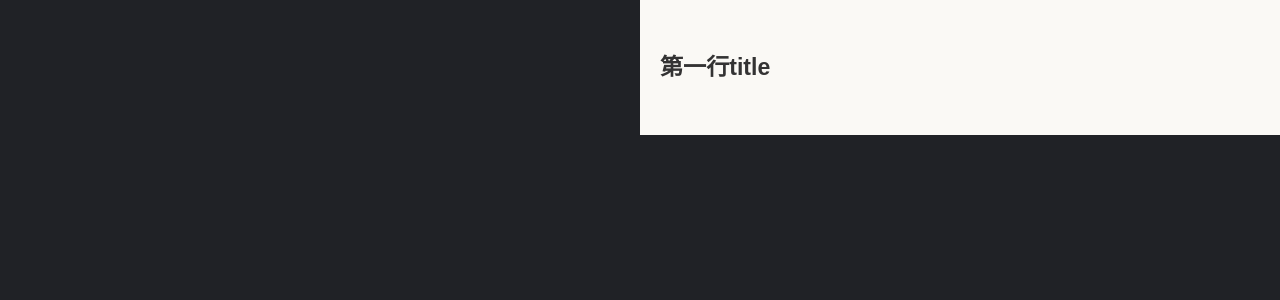
Repository: GuinsooRocky/-Technology-sharing-rocky
Page: /catalog
The author's editor kept a copy of each file at every save. The page is drawn from the files as they stood at one save, then again after the next save.
The browser window is 1280 px wide. The pictures show the whole page.
The project was rebuilt for these pictures with package versions that can differ from the ones it lists, and the page was loaded fresh each time. Also part of the build but not shown: src/pages/Home/home.less, src/component/Fault/fault.less, src/component/Fault/faultMad.tsx, src/pages/Home/home.tsx.

Above is the page before, as saved 2020-09-20 11:04:38.

### src/App.js
import React from 'react';
import './App.less';
import { BrowserRouter, Route } from 'react-router-dom';

import Home from './pages/Home/home.tsx';
import Catalog from './pages/Catalog/catalog';

function App() {
  return (
    <div className="App">
      <BrowserRouter>
        <header className="App-header">
          <Route path='/' exact component={Home} />
          <Route path='/home' exact component={Home} />
          <Route path='/catalog' exact component={Catalog} />
        </header>
      </BrowserRouter>
    </div>
  );
}

export default App;

### src/App.less
.App {
  min-height: 100vh;
}


.App-header {
  background-color: #202226;
  // background-color: #fff;
  min-height: 100vh;
}

.App-link {
  color: #61dafb;
}

### src/pages/Catalog/catalog.tsx
import React from 'react';
import "../Catalog/catalog.less";
import { useHistory } from 'react-router-dom';

interface Props {}
const Catalog: React.FC<Props> = (props) => {

  // const history = useHistory();
  // const goNext = (e: React.MouseEvent) => {
  //   history.push('/home');
  // }

  return (
    <div className='catalog'>
      <aside className='left'>
      </aside>
      <div className='right'>
        <div className='right-title1 css-header'>
          <div className='css-context' >
            <h4>
              第一行title
            </h4>
          </div>
        </div>
      </div>
    </div>
  )

}

export default Catalog;

### src/pages/Catalog/catalog.less

.Vertical_Center {
  display: inline-block;
  width: 50%;
  height: 100%;
  // display: flex;
  // flex-direction: column;
  // justify-content: center;
  // font-size: calc(10px + 2vmin);
  // align-items: flex-start;
}

.catalog {
  width: 100%;
  height: auto;
  .left {
    float: left;
    background-color: #202226;
    color: #DFDDD9;
    .Vertical_Center;
  }

  .right {
    float: right;
    background-color: #FAF9F5;
    color: rgb(51,51,51);
    .Vertical_Center;
  }
}

.css-header {
  padding-top: 24px;
  padding-bottom: 24px;
  padding-left: 20px;
  max-width: none;
  margin-left: 0;
  margin-right: 0;
  .css-context {
    h4 {
      font-size: 23.08319849451542px;
      font-family: Montserrat,sans-serif;
      line-height: 1.1;
      font-weight: 900;
    }
  }
}

Loaded but not shown: public/index.html (common file); src/index.js (common file); src/index.css (common file); src/serviceWorker.js (common file)

After the next save:
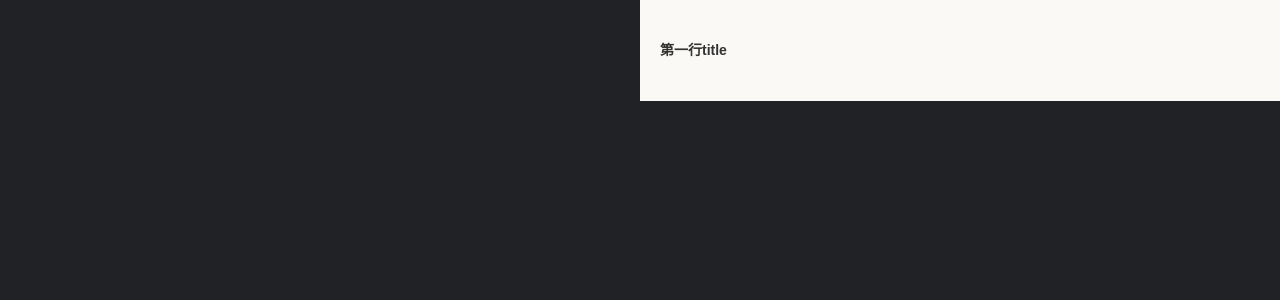
Saved 14 s later.
--- a/src/pages/Catalog/catalog.less
+++ b/src/pages/Catalog/catalog.less
@@ -37,7 +37,7 @@
   margin-right: 0;
   .css-context {
     h4 {
-      font-size: 23.08319849451542px;
+      font-size: 14px;
       font-family: Montserrat,sans-serif;
       line-height: 1.1;
       font-weight: 900;
